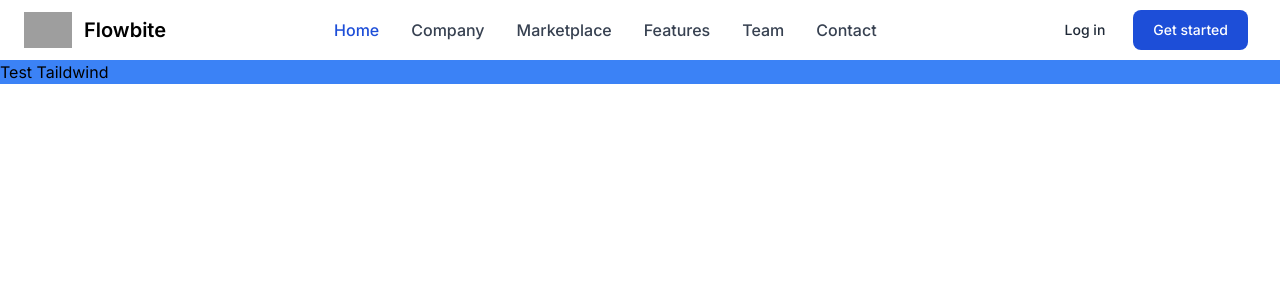
Repository: XuanKhanhHoang/Library-System-Frontend
Page: /
An editor plug-in stored every save of this project. The page is shown before and after a run of saves, followed by the edit.
The browser window is 1280 px wide. The pictures show the whole page.
Pictures or frames that could not be fetched are drawn as grey boxes. The project was rebuilt for these pictures with package versions that can differ from the ones it lists, and the page was loaded fresh each time. The framework's server and built-in components were replaced by stand-ins that run in the browser. Also part of the build but not shown: next.config.mjs.

Above is the page before, as saved 2024-09-17 17:25:35.

### src/app/layout.tsx
import type { Metadata } from "next";
import { Inter } from "next/font/google";
import "./globals.css";

const inter = Inter({ subsets: ["latin"] });

export const metadata: Metadata = {
  title: "Create Next App",
  description: "Generated by create next app",
};

export default function RootLayout({
  children,
}: Readonly<{
  children: React.ReactNode;
}>) {
  return (
    <html lang="en">
      <body className={inter.className}>
        <header>
          <nav className="bg-white border-gray-200 px-4 lg:px-6 py-2.5 dark:bg-gray-800">
            <div className="flex flex-wrap items-center justify-between max-w-screen-xl mx-auto">
              <a href="https://flowbite.com" className="flex items-center">
                <img
                  src="https://flowbite.com/docs/images/logo.svg"
                  className="h-6 mr-3 sm:h-9"
                  alt="Flowbite Logo"
                />
                <span className="self-center text-xl font-semibold whitespace-nowrap dark:text-white">
                  Flowbite
                </span>
              </a>
              <div className="flex items-center lg:order-2">
                <a
                  href="#"
                  className="text-gray-800 dark:text-white hover:bg-gray-50 focus:ring-4 focus:ring-gray-300 font-medium rounded-lg text-sm px-4 lg:px-5 py-2 lg:py-2.5 mr-2 dark:hover:bg-gray-700 focus:outline-none dark:focus:ring-gray-800"
                >
                  Log in
                </a>
                <a
                  href="#"
                  className="text-white bg-primary-700 hover:bg-primary-800 focus:ring-4 focus:ring-primary-300 font-medium rounded-lg text-sm px-4 lg:px-5 py-2 lg:py-2.5 mr-2 dark:bg-primary-600 dark:hover:bg-primary-700 focus:outline-none dark:focus:ring-primary-800"
                >
                  Get started
                </a>
                <button
                  data-collapse-toggle="mobile-menu-2"
                  type="button"
                  className="inline-flex items-center p-2 ml-1 text-sm text-gray-500 rounded-lg lg:hidden hover:bg-gray-100 focus:outline-none focus:ring-2 focus:ring-gray-200 dark:text-gray-400 dark:hover:bg-gray-700 dark:focus:ring-gray-600"
                  aria-controls="mobile-menu-2"
                  aria-expanded="false"
                >
                  <span className="sr-only">Open main menu</span>
                  <svg
                    className="w-6 h-6"
                    fill="currentColor"
                    viewBox="0 0 20 20"
                    xmlns="http://www.w3.org/2000/svg"
                  >
                    <path
                      fill-rule="evenodd"
                      d="M3 5a1 1 0 011-1h12a1 1 0 110 2H4a1 1 0 01-1-1zM3 10a1 1 0 011-1h12a1 1 0 110 2H4a1 1 0 01-1-1zM3 15a1 1 0 011-1h12a1 1 0 110 2H4a1 1 0 01-1-1z"
                      clip-rule="evenodd"
                    ></path>
                  </svg>
                  <svg
                    className="hidden w-6 h-6"
                    fill="currentColor"
                    viewBox="0 0 20 20"
                    xmlns="http://www.w3.org/2000/svg"
                  >
                    <path
                      fill-rule="evenodd"
                      d="M4.293 4.293a1 1 0 011.414 0L10 8.586l4.293-4.293a1 1 0 111.414 1.414L11.414 10l4.293 4.293a1 1 0 01-1.414 1.414L10 11.414l-4.293 4.293a1 1 0 01-1.414-1.414L8.586 10 4.293 5.707a1 1 0 010-1.414z"
                      clip-rule="evenodd"
                    ></path>
                  </svg>
                </button>
              </div>
              <div
                className="items-center justify-between hidden w-full lg:flex lg:w-auto lg:order-1"
                id="mobile-menu-2"
              >
                <ul className="flex flex-col mt-4 font-medium lg:flex-row lg:space-x-8 lg:mt-0">
                  <li>
                    <a
                      href="#"
                      className="block py-2 pl-3 pr-4 text-white rounded bg-primary-700 lg:bg-transparent lg:text-primary-700 lg:p-0 dark:text-white"
                      aria-current="page"
                    >
                      Home
                    </a>
                  </li>
                  <li>
                    <a
                      href="#"
                      className="block py-2 pl-3 pr-4 text-gray-700 border-b border-gray-100 hover:bg-gray-50 lg:hover:bg-transparent lg:border-0 lg:hover:text-primary-700 lg:p-0 dark:text-gray-400 lg:dark:hover:text-white dark:hover:bg-gray-700 dark:hover:text-white lg:dark:hover:bg-transparent dark:border-gray-700"
                    >
                      Company
                    </a>
                  </li>
                  <li>
                    <a
                      href="#"
                      className="block py-2 pl-3 pr-4 text-gray-700 border-b border-gray-100 hover:bg-gray-50 lg:hover:bg-transparent lg:border-0 lg:hover:text-primary-700 lg:p-0 dark:text-gray-400 lg:dark:hover:text-white dark:hover:bg-gray-700 dark:hover:text-white lg:dark:hover:bg-transparent dark:border-gray-700"
                    >
                      Marketplace
                    </a>
                  </li>
                  <li>
                    <a
                      href="#"
                      className="block py-2 pl-3 pr-4 text-gray-700 border-b border-gray-100 hover:bg-gray-50 lg:hover:bg-transparent lg:border-0 lg:hover:text-primary-700 lg:p-0 dark:text-gray-400 lg:dark:hover:text-white dark:hover:bg-gray-700 dark:hover:text-white lg:dark:hover:bg-transparent dark:border-gray-700"
                    >
                      Features
                    </a>
                  </li>
                  <li>
                    <a
                      href="#"
                      className="block py-2 pl-3 pr-4 text-gray-700 border-b border-gray-100 hover:bg-gray-50 lg:hover:bg-transparent lg:border-0 lg:hover:text-primary-700 lg:p-0 dark:text-gray-400 lg:dark:hover:text-white dark:hover:bg-gray-700 dark:hover:text-white lg:dark:hover:bg-transparent dark:border-gray-700"
                    >
                      Team
                    </a>
                  </li>
                  <li>
                    <a
                      href="#"
                      className="block py-2 pl-3 pr-4 text-gray-700 border-b border-gray-100 hover:bg-gray-50 lg:hover:bg-transparent lg:border-0 lg:hover:text-primary-700 lg:p-0 dark:text-gray-400 lg:dark:hover:text-white dark:hover:bg-gray-700 dark:hover:text-white lg:dark:hover:bg-transparent dark:border-gray-700"
                    >
                      Contact
                    </a>
                  </li>
                </ul>
              </div>
            </div>
          </nav>
        </header>
        {children}
      </body>
    </html>
  );
}

### src/app/page.tsx
export default function Home() {
  return <main className="bg-blue-500">Test Taildwind</main>;
}

### tailwind.config.js
/** @type {import('tailwindcss').Config} */
module.exports = {
  content: ["./src/**/*.{js,ts,jsx,tsx,mdx}"],
  theme: {
    extend: {
      colors: {
        primary: {
          50: "#eff6ff",
          100: "#dbeafe",
          200: "#bfdbfe",
          300: "#93c5fd",
          400: "#60a5fa",
          500: "#3b82f6",
          600: "#2563eb",
          700: "#1d4ed8",
          800: "#1e40af",
          900: "#1e3a8a",
          950: "#172554",
        },
      },
    },
  },
  fontFamily: {
    body: [
      "Inter",
      "ui-sans-serif",
      "system-ui",
      "-apple-system",
      "system-ui",
      "Segoe UI",
      "Roboto",
      "Helvetica Neue",
      "Arial",
      "Noto Sans",
      "sans-serif",
      "Apple Color Emoji",
      "Segoe UI Emoji",
      "Segoe UI Symbol",
      "Noto Color Emoji",
    ],
    sans: [
      "Inter",
      "ui-sans-serif",
      "system-ui",
      "-apple-system",
      "system-ui",
      "Segoe UI",
      "Roboto",
      "Helvetica Neue",
      "Arial",
      "Noto Sans",
      "sans-serif",
      "Apple Color Emoji",
      "Segoe UI Emoji",
      "Segoe UI Symbol",
      "Noto Color Emoji",
    ],
  },
  plugins: [],
};

Loaded but not shown: src/app/globals.css (common file)

After the next 2 saves:
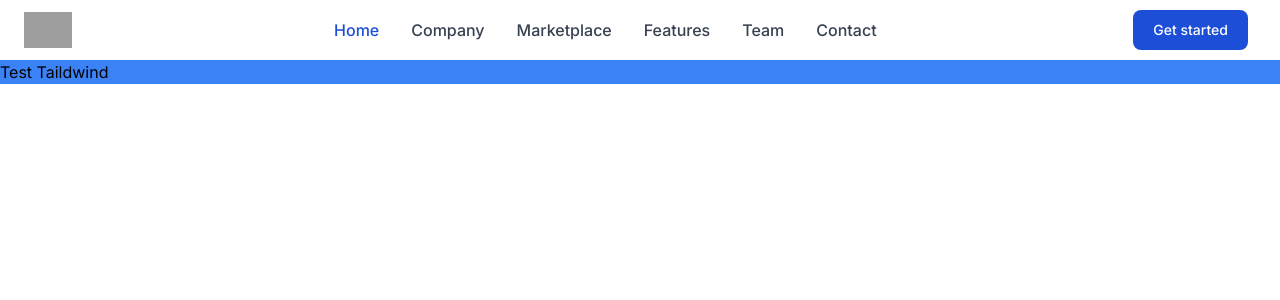
The 2 saves are shown as one change because they came seconds apart.
The last was saved 67 s later.
--- a/src/app/layout.tsx
+++ b/src/app/layout.tsx
@@ -18,7 +18,7 @@
     <html lang="en">
       <body className={inter.className}>
         <header>
-          <nav className="bg-white border-gray-200 px-4 lg:px-6 py-2.5 dark:bg-gray-800">
+          <nav className="bg-white border-gray-200 px-4 lg:px-6 py-2.5 bg-gray-800">
             <div className="flex flex-wrap items-center justify-between max-w-screen-xl mx-auto">
               <a href="https://flowbite.com" className="flex items-center">
                 <img
@@ -26,27 +26,27 @@
                   className="h-6 mr-3 sm:h-9"
                   alt="Flowbite Logo"
                 />
-                <span className="self-center text-xl font-semibold whitespace-nowrap dark:text-white">
+                <span className="self-center text-xl font-semibold text-white whitespace-nowrap">
                   Flowbite
                 </span>
               </a>
               <div className="flex items-center lg:order-2">
                 <a
                   href="#"
-                  className="text-gray-800 dark:text-white hover:bg-gray-50 focus:ring-4 focus:ring-gray-300 font-medium rounded-lg text-sm px-4 lg:px-5 py-2 lg:py-2.5 mr-2 dark:hover:bg-gray-700 focus:outline-none dark:focus:ring-gray-800"
+                  className="text-gray-800 text-white hover:bg-gray-50 focus:ring-4 focus:ring-gray-300 font-medium rounded-lg text-sm px-4 lg:px-5 py-2 lg:py-2.5 mr-2 hover:bg-gray-700 focus:outline-none focus:ring-gray-800"
                 >
                   Log in
                 </a>
                 <a
                   href="#"
-                  className="text-white bg-primary-700 hover:bg-primary-800 focus:ring-4 focus:ring-primary-300 font-medium rounded-lg text-sm px-4 lg:px-5 py-2 lg:py-2.5 mr-2 dark:bg-primary-600 dark:hover:bg-primary-700 focus:outline-none dark:focus:ring-primary-800"
+                  className="text-white bg-primary-700 hover:bg-primary-800 focus:ring-4 focus:ring-primary-300 font-medium rounded-lg text-sm px-4 lg:px-5 py-2 lg:py-2.5 mr-2 bg-primary-600 hover:bg-primary-700 focus:outline-none focus:ring-primary-800"
                 >
                   Get started
                 </a>
                 <button
                   data-collapse-toggle="mobile-menu-2"
                   type="button"
-                  className="inline-flex items-center p-2 ml-1 text-sm text-gray-500 rounded-lg lg:hidden hover:bg-gray-100 focus:outline-none focus:ring-2 focus:ring-gray-200 dark:text-gray-400 dark:hover:bg-gray-700 dark:focus:ring-gray-600"
+                  className="inline-flex items-center p-2 ml-1 text-sm text-gray-400 text-gray-500 rounded-lg lg:hidden hover:bg-gray-100 focus:outline-none focus:ring-2 focus:ring-gray-200 hover:bg-gray-700 focus:ring-gray-600"
                   aria-controls="mobile-menu-2"
                   aria-expanded="false"
                 >
@@ -85,7 +85,7 @@
                   <li>
                     <a
                       href="#"
-                      className="block py-2 pl-3 pr-4 text-white rounded bg-primary-700 lg:bg-transparent lg:text-primary-700 lg:p-0 dark:text-white"
+                      className="block py-2 pl-3 pr-4 text-white rounded bg-primary-700 lg:bg-transparent lg:text-primary-700 lg:p-0"
                       aria-current="page"
                     >
                       Home
@@ -94,7 +94,7 @@
                   <li>
                     <a
                       href="#"
-                      className="block py-2 pl-3 pr-4 text-gray-700 border-b border-gray-100 hover:bg-gray-50 lg:hover:bg-transparent lg:border-0 lg:hover:text-primary-700 lg:p-0 dark:text-gray-400 lg:dark:hover:text-white dark:hover:bg-gray-700 dark:hover:text-white lg:dark:hover:bg-transparent dark:border-gray-700"
+                      className="block py-2 pl-3 pr-4 text-gray-400 text-gray-700 border-b border-gray-100 border-gray-700 hover:bg-gray-50 lg:hover:bg-transparent lg:border-0 lg:hover:text-primary-700 lg:p-0 lg:hover:text-white hover:bg-gray-700 hover:text-white"
                     >
                       Company
                     </a>
@@ -102,7 +102,7 @@
                   <li>
                     <a
                       href="#"
-                      className="block py-2 pl-3 pr-4 text-gray-700 border-b border-gray-100 hover:bg-gray-50 lg:hover:bg-transparent lg:border-0 lg:hover:text-primary-700 lg:p-0 dark:text-gray-400 lg:dark:hover:text-white dark:hover:bg-gray-700 dark:hover:text-white lg:dark:hover:bg-transparent dark:border-gray-700"
+                      className="block py-2 pl-3 pr-4 text-gray-400 text-gray-700 border-b border-gray-100 border-gray-700 hover:bg-gray-50 lg:hover:bg-transparent lg:border-0 lg:hover:text-primary-700 lg:p-0 lg:hover:text-white hover:bg-gray-700 hover:text-white"
                     >
                       Marketplace
                     </a>
@@ -110,7 +110,7 @@
                   <li>
                     <a
                       href="#"
-                      className="block py-2 pl-3 pr-4 text-gray-700 border-b border-gray-100 hover:bg-gray-50 lg:hover:bg-transparent lg:border-0 lg:hover:text-primary-700 lg:p-0 dark:text-gray-400 lg:dark:hover:text-white dark:hover:bg-gray-700 dark:hover:text-white lg:dark:hover:bg-transparent dark:border-gray-700"
+                      className="block py-2 pl-3 pr-4 text-gray-400 text-gray-700 border-b border-gray-100 border-gray-700 hover:bg-gray-50 lg:hover:bg-transparent lg:border-0 lg:hover:text-primary-700 lg:p-0 lg:hover:text-white hover:bg-gray-700 hover:text-white"
                     >
                       Features
                     </a>
@@ -118,7 +118,7 @@
                   <li>
                     <a
                       href="#"
-                      className="block py-2 pl-3 pr-4 text-gray-700 border-b border-gray-100 hover:bg-gray-50 lg:hover:bg-transparent lg:border-0 lg:hover:text-primary-700 lg:p-0 dark:text-gray-400 lg:dark:hover:text-white dark:hover:bg-gray-700 dark:hover:text-white lg:dark:hover:bg-transparent dark:border-gray-700"
+                      className="block py-2 pl-3 pr-4 text-gray-400 text-gray-700 border-b border-gray-100 border-gray-700 hover:bg-gray-50 lg:hover:bg-transparent lg:border-0 lg:hover:text-primary-700 lg:p-0 lg:hover:text-white hover:bg-gray-700 hover:text-white"
                     >
                       Team
                     </a>
@@ -126,7 +126,7 @@
                   <li>
                     <a
                       href="#"
-                      className="block py-2 pl-3 pr-4 text-gray-700 border-b border-gray-100 hover:bg-gray-50 lg:hover:bg-transparent lg:border-0 lg:hover:text-primary-700 lg:p-0 dark:text-gray-400 lg:dark:hover:text-white dark:hover:bg-gray-700 dark:hover:text-white lg:dark:hover:bg-transparent dark:border-gray-700"
+                      className="block py-2 pl-3 pr-4 text-gray-400 text-gray-700 border-b border-gray-100 border-gray-700 hover:bg-gray-50 lg:hover:bg-transparent lg:border-0 lg:hover:text-primary-700 lg:p-0 lg:hover:text-white hover:bg-gray-700 hover:text-white"
                     >
                       Contact
                     </a>

After the save that followed:
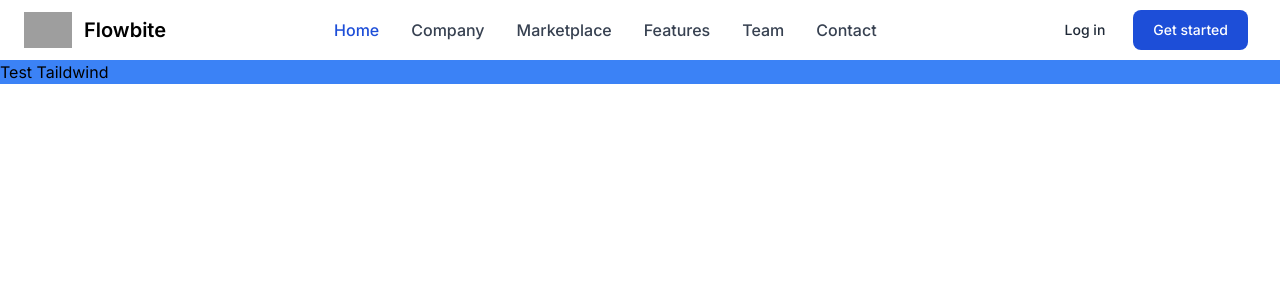
Saved 41 s later.
--- a/src/app/layout.tsx
+++ b/src/app/layout.tsx
@@ -18,7 +18,7 @@
     <html lang="en">
       <body className={inter.className}>
         <header>
-          <nav className="bg-white border-gray-200 px-4 lg:px-6 py-2.5 bg-gray-800">
+          <nav className="bg-white border-gray-200 px-4 lg:px-6 py-2.5 dark:bg-gray-800">
             <div className="flex flex-wrap items-center justify-between max-w-screen-xl mx-auto">
               <a href="https://flowbite.com" className="flex items-center">
                 <img
@@ -26,27 +26,27 @@
                   className="h-6 mr-3 sm:h-9"
                   alt="Flowbite Logo"
                 />
-                <span className="self-center text-xl font-semibold text-white whitespace-nowrap">
+                <span className="self-center text-xl font-semibold whitespace-nowrap dark:text-white">
                   Flowbite
                 </span>
               </a>
               <div className="flex items-center lg:order-2">
                 <a
                   href="#"
-                  className="text-gray-800 text-white hover:bg-gray-50 focus:ring-4 focus:ring-gray-300 font-medium rounded-lg text-sm px-4 lg:px-5 py-2 lg:py-2.5 mr-2 hover:bg-gray-700 focus:outline-none focus:ring-gray-800"
+                  className="text-gray-800 dark:text-white hover:bg-gray-50 focus:ring-4 focus:ring-gray-300 font-medium rounded-lg text-sm px-4 lg:px-5 py-2 lg:py-2.5 mr-2 dark:hover:bg-gray-700 focus:outline-none dark:focus:ring-gray-800"
                 >
                   Log in
                 </a>
                 <a
                   href="#"
-                  className="text-white bg-primary-700 hover:bg-primary-800 focus:ring-4 focus:ring-primary-300 font-medium rounded-lg text-sm px-4 lg:px-5 py-2 lg:py-2.5 mr-2 bg-primary-600 hover:bg-primary-700 focus:outline-none focus:ring-primary-800"
+                  className="text-white bg-primary-700 hover:bg-primary-800 focus:ring-4 focus:ring-primary-300 font-medium rounded-lg text-sm px-4 lg:px-5 py-2 lg:py-2.5 mr-2 dark:bg-primary-600 dark:hover:bg-primary-700 focus:outline-none dark:focus:ring-primary-800"
                 >
                   Get started
                 </a>
                 <button
                   data-collapse-toggle="mobile-menu-2"
                   type="button"
-                  className="inline-flex items-center p-2 ml-1 text-sm text-gray-400 text-gray-500 rounded-lg lg:hidden hover:bg-gray-100 focus:outline-none focus:ring-2 focus:ring-gray-200 hover:bg-gray-700 focus:ring-gray-600"
+                  className="inline-flex items-center p-2 ml-1 text-sm text-gray-500 rounded-lg lg:hidden hover:bg-gray-100 focus:outline-none focus:ring-2 focus:ring-gray-200 dark:text-gray-400 dark:hover:bg-gray-700 dark:focus:ring-gray-600"
                   aria-controls="mobile-menu-2"
                   aria-expanded="false"
                 >
@@ -85,7 +85,7 @@
                   <li>
                     <a
                       href="#"
-                      className="block py-2 pl-3 pr-4 text-white rounded bg-primary-700 lg:bg-transparent lg:text-primary-700 lg:p-0"
+                      className="block py-2 pl-3 pr-4 text-white rounded bg-primary-700 lg:bg-transparent lg:text-primary-700 lg:p-0 dark:text-white"
                       aria-current="page"
                     >
                       Home
@@ -94,7 +94,7 @@
                   <li>
                     <a
                       href="#"
-                      className="block py-2 pl-3 pr-4 text-gray-400 text-gray-700 border-b border-gray-100 border-gray-700 hover:bg-gray-50 lg:hover:bg-transparent lg:border-0 lg:hover:text-primary-700 lg:p-0 lg:hover:text-white hover:bg-gray-700 hover:text-white"
+                      className="block py-2 pl-3 pr-4 text-gray-700 border-b border-gray-100 hover:bg-gray-50 lg:hover:bg-transparent lg:border-0 lg:hover:text-primary-700 lg:p-0 dark:text-gray-400 lg:dark:hover:text-white dark:hover:bg-gray-700 dark:hover:text-white lg:dark:hover:bg-transparent dark:border-gray-700"
                     >
                       Company
                     </a>
@@ -102,7 +102,7 @@
                   <li>
                     <a
                       href="#"
-                      className="block py-2 pl-3 pr-4 text-gray-400 text-gray-700 border-b border-gray-100 border-gray-700 hover:bg-gray-50 lg:hover:bg-transparent lg:border-0 lg:hover:text-primary-700 lg:p-0 lg:hover:text-white hover:bg-gray-700 hover:text-white"
+                      className="block py-2 pl-3 pr-4 text-gray-700 border-b border-gray-100 hover:bg-gray-50 lg:hover:bg-transparent lg:border-0 lg:hover:text-primary-700 lg:p-0 dark:text-gray-400 lg:dark:hover:text-white dark:hover:bg-gray-700 dark:hover:text-white lg:dark:hover:bg-transparent dark:border-gray-700"
                     >
                       Marketplace
                     </a>
@@ -110,7 +110,7 @@
                   <li>
                     <a
                       href="#"
-                      className="block py-2 pl-3 pr-4 text-gray-400 text-gray-700 border-b border-gray-100 border-gray-700 hover:bg-gray-50 lg:hover:bg-transparent lg:border-0 lg:hover:text-primary-700 lg:p-0 lg:hover:text-white hover:bg-gray-700 hover:text-white"
+                      className="block py-2 pl-3 pr-4 text-gray-700 border-b border-gray-100 hover:bg-gray-50 lg:hover:bg-transparent lg:border-0 lg:hover:text-primary-700 lg:p-0 dark:text-gray-400 lg:dark:hover:text-white dark:hover:bg-gray-700 dark:hover:text-white lg:dark:hover:bg-transparent dark:border-gray-700"
                     >
                       Features
                     </a>
@@ -118,7 +118,7 @@
                   <li>
                     <a
                       href="#"
-                      className="block py-2 pl-3 pr-4 text-gray-400 text-gray-700 border-b border-gray-100 border-gray-700 hover:bg-gray-50 lg:hover:bg-transparent lg:border-0 lg:hover:text-primary-700 lg:p-0 lg:hover:text-white hover:bg-gray-700 hover:text-white"
+                      className="block py-2 pl-3 pr-4 text-gray-700 border-b border-gray-100 hover:bg-gray-50 lg:hover:bg-transparent lg:border-0 lg:hover:text-primary-700 lg:p-0 dark:text-gray-400 lg:dark:hover:text-white dark:hover:bg-gray-700 dark:hover:text-white lg:dark:hover:bg-transparent dark:border-gray-700"
                     >
                       Team
                     </a>
@@ -126,7 +126,7 @@
                   <li>
                     <a
                       href="#"
-                      className="block py-2 pl-3 pr-4 text-gray-400 text-gray-700 border-b border-gray-100 border-gray-700 hover:bg-gray-50 lg:hover:bg-transparent lg:border-0 lg:hover:text-primary-700 lg:p-0 lg:hover:text-white hover:bg-gray-700 hover:text-white"
+                      className="block py-2 pl-3 pr-4 text-gray-700 border-b border-gray-100 hover:bg-gray-50 lg:hover:bg-transparent lg:border-0 lg:hover:text-primary-700 lg:p-0 dark:text-gray-400 lg:dark:hover:text-white dark:hover:bg-gray-700 dark:hover:text-white lg:dark:hover:bg-transparent dark:border-gray-700"
                     >
                       Contact
                     </a>
